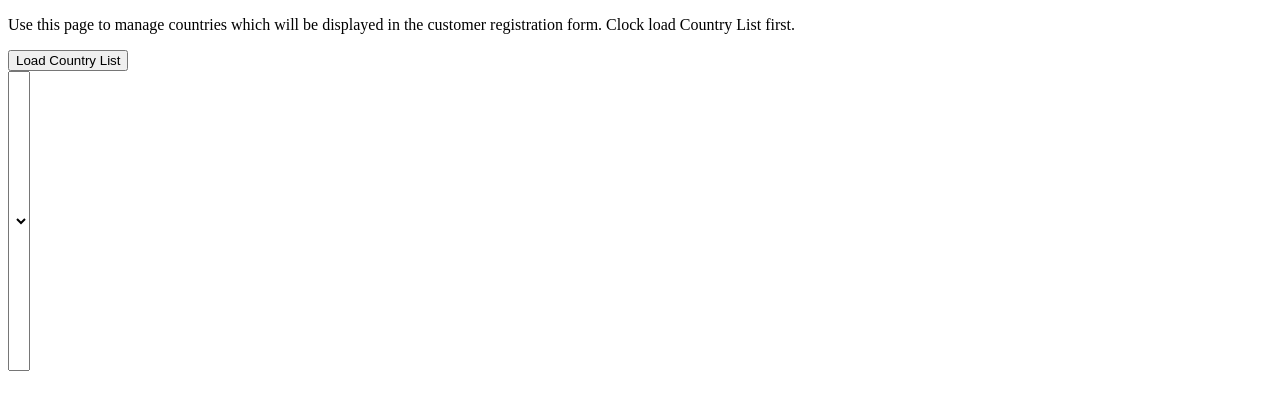
Repository: phongdz-cloud/SpringBoot-Ecommerce
Page: http://localhost/settings/states
The author's editor kept a copy of each file at every save. The page is drawn from the files as they stood at one save, then again after the next save.
The browser window is 1280 px wide. The pictures show the whole page.
The page is this project's Thymeleaf template; nobody is signed in. The template is opened directly, without the code that normally fills it, so the values that code supplies are empty.

Above is the page before, as saved 2022-01-07 02:32:41.

After the next save:
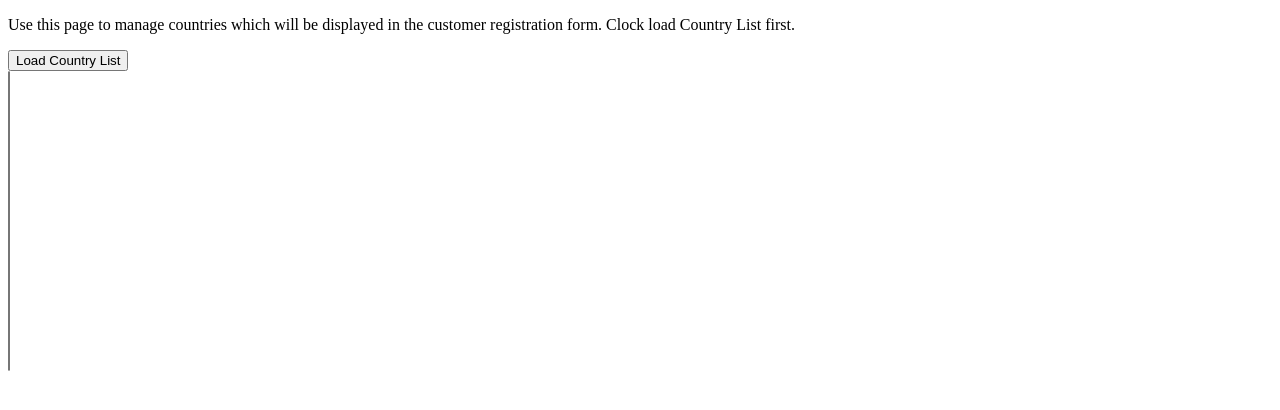
Saved 23 s later.
--- a/ShopmeProject/ShopmeWebParent/ShopmeBackend/src/main/resources/templates/settings/states.html
+++ b/ShopmeProject/ShopmeWebParent/ShopmeBackend/src/main/resources/templates/settings/states.html
@@ -13,7 +13,7 @@
 			<input type="button" value="Load Country List" class="btn btn-primary" />
 		</div>
 		<div>
-			<select class="form-control" style="height: 300px">
+			<select class="form-control" style="height: 300px" size="3">
 
 			</select>
 		</div>
